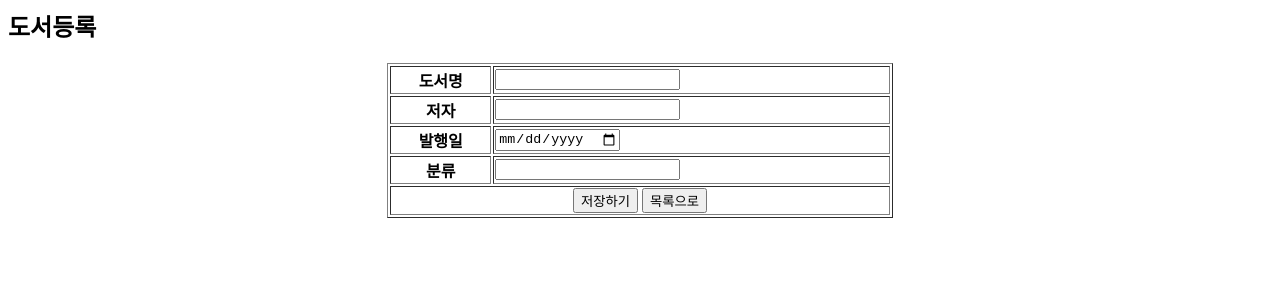
Repository: Mildous/HKIT-BackendClass
Page: http://localhost/jspTest/BookInfo/insert_sub.jsp
These files come from the project's save history. The page is drawn as it stood at one moment and after a run of saves; the edit follows.
The browser window is 1280 px wide. The pictures show the whole page.
The page is served by Tomcat 9. Other server files are loaded and not shown.

Above is the page before, as saved 2022-08-16 07:48:59.

### workspace/jsp/jspTest/WebContent/BookInfo/insert_sub.jsp
<%@ page language="java" contentType="text/html; charset=UTF-8"
    pageEncoding="UTF-8"%>

<h2>도서등록</h2>

<form name="DirForm">
<table border="1" width="40%" align="center">
	<tr>
		<th>도서명</th>
		<td><input type="text" name="subject" id="subject"></td>
	</tr>
	<tr>
		<th>저자</th>
		<td><input type="text" name="authorNo" id="authorNo"></td>
	</tr>
	<tr>
		<th>발행일</th>
		<td><input type="date" name="created" id="created"></td>
	</tr>
	<tr>
		<th>분류</th>
		<td><input type="text" name="profileNo" id="profileNo"></td>
	</tr>
	<tr>
		<td colspan="2" align="center">
			<button type="button" onClick="formSubmit();">저장하기</button>
			<button type="button" onClick="location.href='list.jsp';">목록으로</button>
		</td>
	</tr>
</table>
</form>

<script>
function formSubmit() {
	if(confirm('저장할까요?')) {
		document.DirForm.action = "insertProc.jsp";
		document.DirForm.method = "post";
		document.DirForm.submit();
	}
}
</script>

After the next 2 saves:
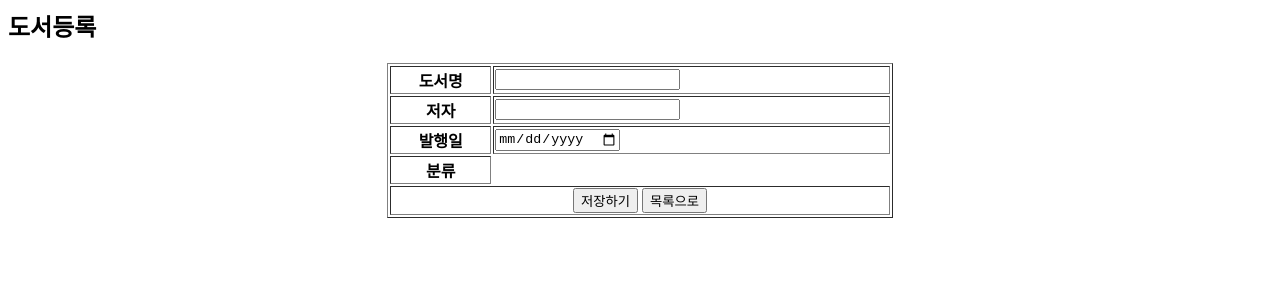
The 2 saves are shown as one change because they came seconds apart.
The last was saved 9 min 33 s later.
--- a/workspace/jsp/jspTest/WebContent/BookInfo/insert_sub.jsp
+++ b/workspace/jsp/jspTest/WebContent/BookInfo/insert_sub.jsp
@@ -19,7 +19,7 @@
 	</tr>
 	<tr>
 		<th>분류</th>
-		<td><input type="text" name="profileNo" id="profileNo"></td>
+		<!--  <td><input type="text" name="profileNo" id="profileNo"></td> -->
 	</tr>
 	<tr>
 		<td colspan="2" align="center">
